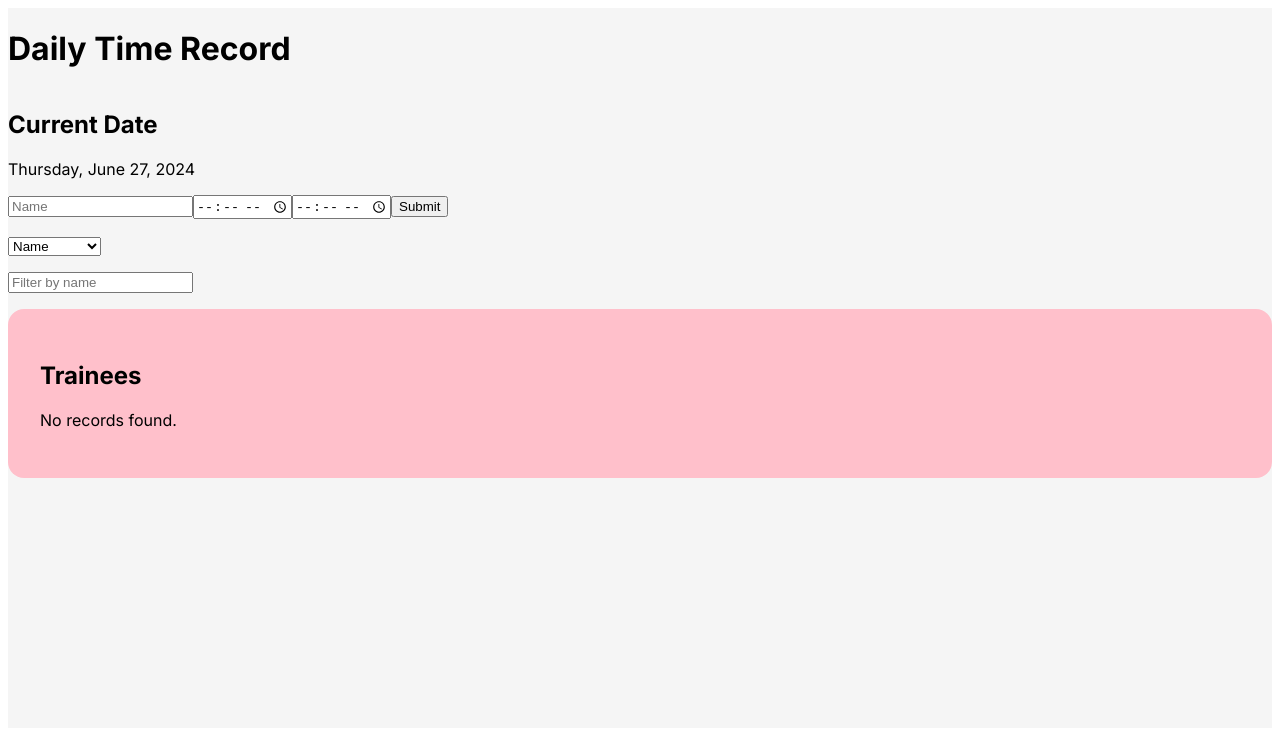
Repository: EeeeeEyyyy/daily_time_record
Page: /
An editor plug-in stored every save of this project. The page is shown before and after the next save, followed by the edit.
The browser window is 1280 px wide. The pictures show the whole page.
The project was rebuilt for these pictures with package versions that can differ from the ones it lists, and the page was loaded fresh each time. The framework's server and built-in components were replaced by stand-ins that run in the browser. Also part of the build but not shown: next.config.mjs, src/app/globals.css.

Above is the page before, as saved 2024-06-27 15:03:35.

After the next save:
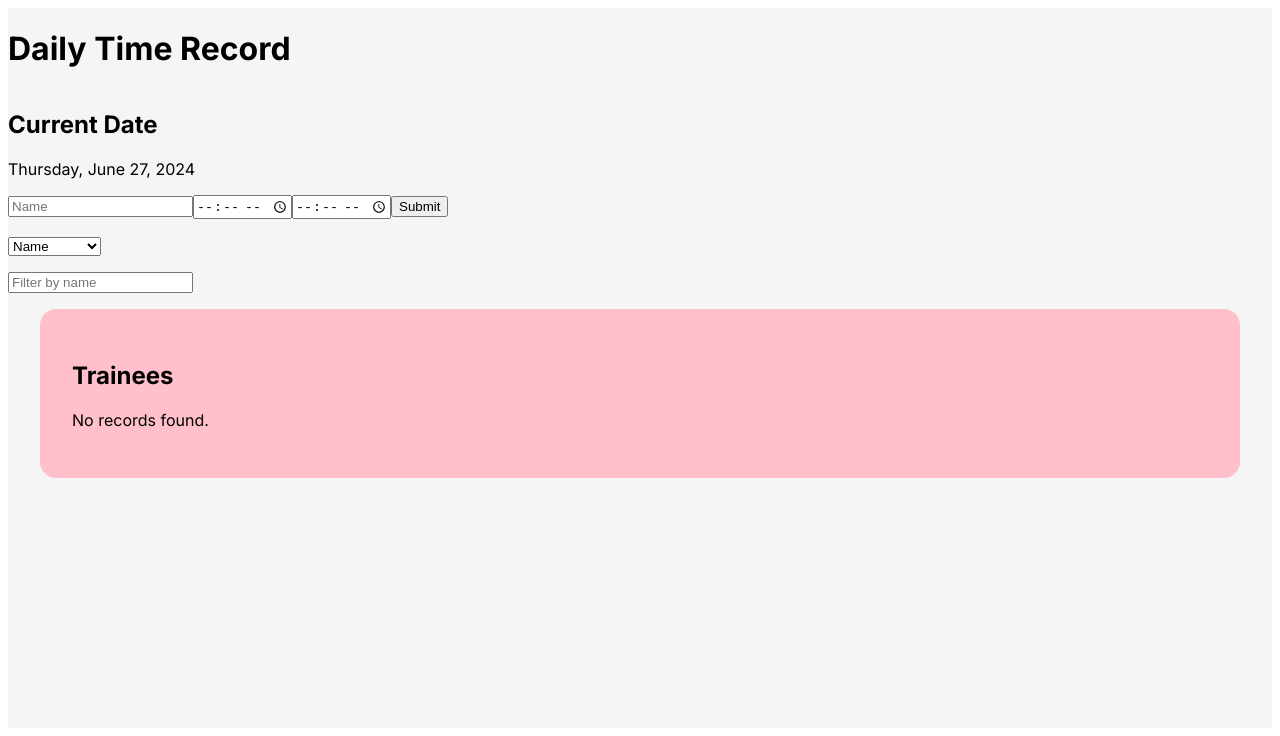
Saved 10 s later.
--- a/src/app/page.module.css
+++ b/src/app/page.module.css
@@ -8,6 +8,7 @@
 border-radius:1rem;
 background:pink;
 padding:2rem;
+margin:2rem;
 }
 .trainees{
     display: flex;
